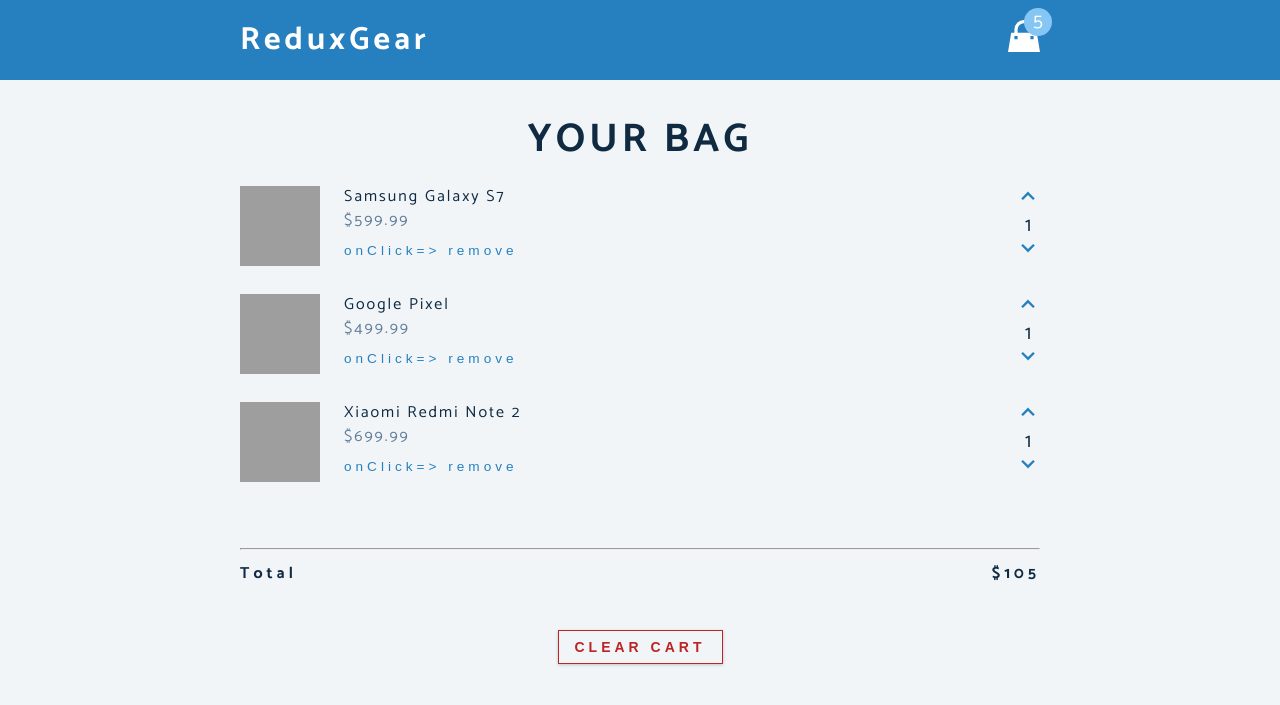
Repository: akinsikuoluwafemi/redux-cart
Page: /
An editor plug-in stored every save of this project. The page is shown before and after the next save, followed by the edit.
The browser window is 1280 px wide. The pictures show the whole page.
Pictures or frames that could not be fetched are drawn as grey boxes. The project was rebuilt for these pictures with package versions that can differ from the ones it lists, and the page was loaded fresh each time.

Above is the page before, as saved 2021-02-01 09:04:05.

After the next save:
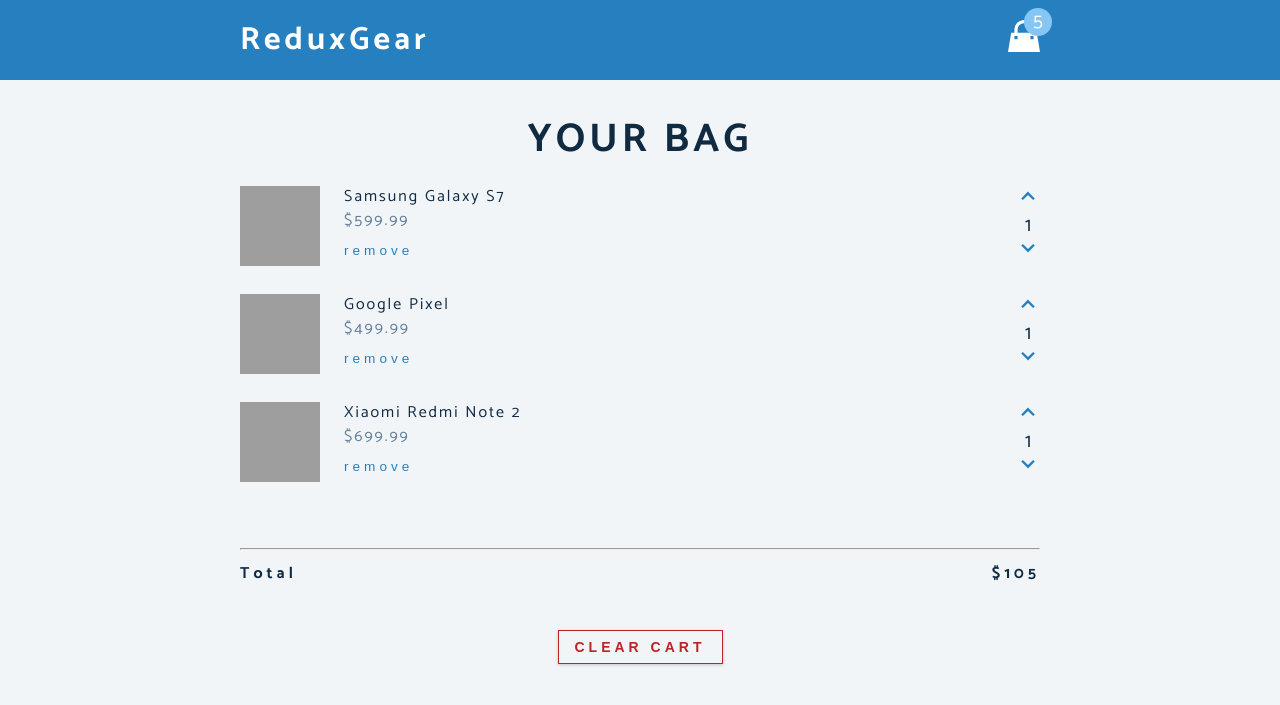
Saved 4 s later.
--- a/src/components/CartItem.js
+++ b/src/components/CartItem.js
@@ -18,7 +18,7 @@
 
           onClick={() => removeItem()}>
 
-           onClick={() => remove()}>
+           {/* onClick={() => remove()}> */}
           remove
         </button>
       </div>
